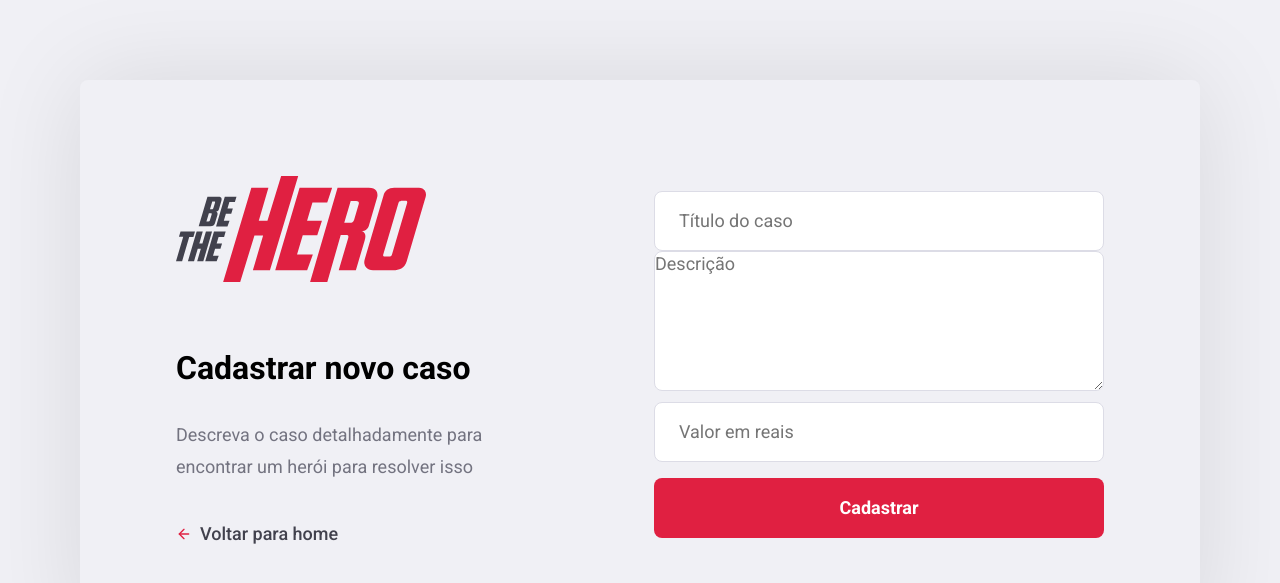
Repository: lucas-silva-dev/be-the-hero
Page: /incidents/new (app in frontend/)
An editor plug-in stored every save of this project. The page is shown before and after the next save, followed by the edit.
The browser window is 1280 px wide. The pictures show the whole page.
The project was rebuilt for these pictures with package versions that can differ from the ones it lists, and the page was loaded fresh each time. Also part of the build but not shown: frontend/src/pages/Logon/styles.css, frontend/src/pages/Logon/index.js, frontend/src/pages/Register/styles.css, frontend/src/pages/Register/index.js, frontend/src/pages/Profile/styles.css, frontend/src/pages/Profile/index.js.

Above is the page before, as saved 2020-03-26 00:02:24.

### frontend/public/index.html
<!DOCTYPE html>
<html lang="en">

<head>
  <meta charset="utf-8" />
  <!-- <link rel="icon" href="%PUBLIC_URL%/favicon.ico" /> -->
  <meta name="viewport" content="width=device-width, initial-scale=1" />
  <meta name="theme-color" content="#000000" />

  <title>Be The Hero</title>
</head>

<body>
  <noscript>You need to enable JavaScript to run this app.</noscript>
  <div id="root"></div>

</body>

</html>

### frontend/src/global.css
@import url("https://fonts.googleapis.com/css?family=Roboto:400,500,700&display=swap");

* {
  margin: 0;
  padding: 0;
  outline: 0;
  box-sizing: border-box;
}

body {
  font: 400 14px Roboto, sans-serif;
  background: #f0f0f5;
  -webkit-font-smothing: antialiased;
}

input,
button,
textarea {
  font: 400 18px Roboto, sans-serif;
}

button {
  cursor: pointer;
}

form input {
  width: 100%;
  height: 60px;
  color: #333;
  border: 1px solid #dcdce6;
  border-radius: 8px;
  padding: 0 24px;
}

form textarea {
  width: 100%;
  min-height: 140px;
  color: #333;
  border: 1px solid #dcdce6;
  border-radius: 8px;
  padding: 16 24px;
  line-height: 24px;
}

.button {
  width: 100%;
  height: 60px;
  background: #e02041;
  border: 0;
  border-radius: 8px;
  color: #fff;
  font-weight: 700;
  margin-top: 16px;
  display: inline-block;
  text-align: center;
  text-decoration: none;
  font-size: 18px;
  line-height: 60px;
  transition: filter 0.2s;
}

.button:hover {
  filter: brightness(80%);
}

.back-link {
  display: flex;
  align-items: center;
  margin-top: 40px;
  color: #41414d;
  font-size: 18px;
  text-decoration: none;
  font-weight: 500;
  transition: opacity 0.2s;
}

.back-link svg {
  margin-right: 8px;
}

.back-link:hover {
  opacity: 0.8;
}

### frontend/src/pages/NewIncident/index.js
import React from 'react';
import { Link } from 'react-router-dom';
import { FiArrowLeft } from 'react-icons/fi';

import './styles.css';

import logoImg from '../../assets/logo.svg'

export default function NewIncident() {
  return (
    <div className="new-incident-container">
      <div className="content">
        <section>
          <img src={logoImg} alt="Be The Hero Logo" />

          <h1>Cadastrar novo caso</h1>
          <p>Descreva o caso detalhadamente para encontrar um herói para resolver isso</p>

          <Link className="back-link" to="/">
            <FiArrowLeft size={16} color="#E02041" />
            Voltar para home
          </Link>

        </section>

        <form >
          <input placeholder="Título do caso" />
          <textarea type="email" placeholder="Descrição" />
          <input placeholder="Valor em reais" />

          <button className="button" type="submit" >Cadastrar</button>
        </form>
      </div>
    </div>
  );
}

### frontend/src/pages/NewIncident/styles.css
.new-incident-container {
  width: 100%;
  max-width: 1120px;
  height: 100vh;
  margin: 0 auto;

  display: flex;
  align-items: center;
  justify-content: center;
}

.new-incident-container .content {
  width: 100%;
  padding: 96px;
  background: #f0f0f5;
  box-shadow: 0 0 100px rgba(0, 0, 0, 0.1);
  border-radius: 8px;

  display: flex;
  justify-content: space-between;
  align-items: center;
}

.new-incident-container .content section {
  width: 100%;
  max-width: 380px;
}

.new-incident-container .content section h1 {
  margin: 64px 0 32px;
  font-size: 32px;
}

.new-incident-container .content section p {
  font-size: 18px;
  color: #737380;
  line-height: 32px;
}

.new-incident-container .content form {
  width: 100%;
  max-width: 450px;
}

.new-incident-container .content form input {
  margin-top: 8px;
}

Loaded but not shown: frontend/src/index.js (common file); frontend/src/App.js (common file); frontend/src/routes.js (common file)

After the next save:
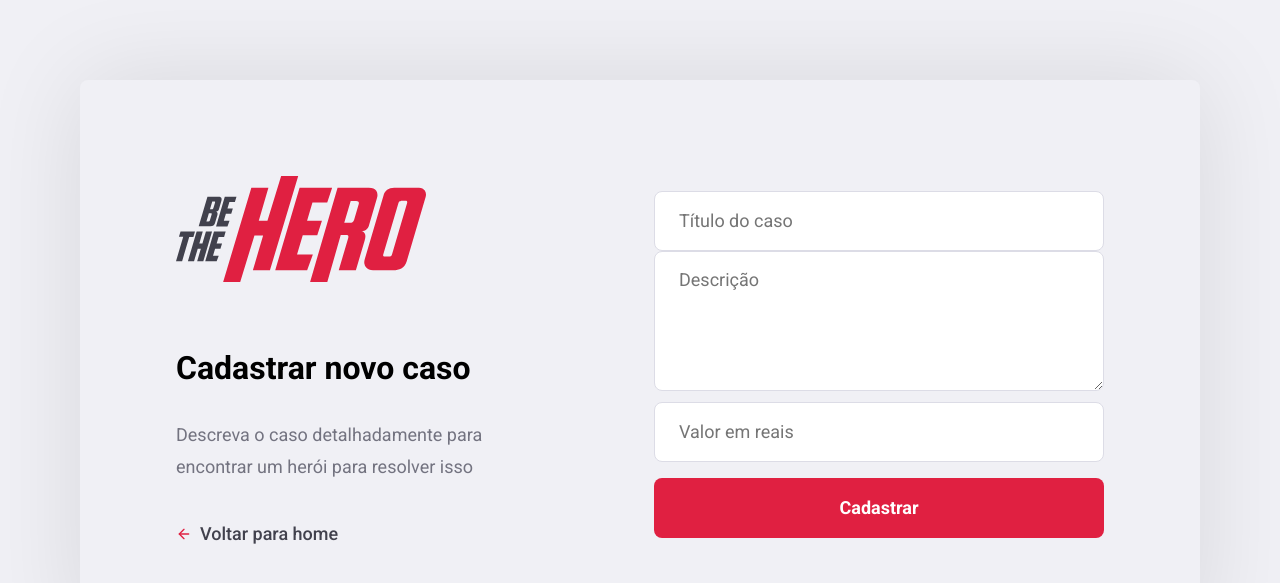
Saved 14 s later.
--- a/frontend/src/global.css
+++ b/frontend/src/global.css
@@ -38,7 +38,7 @@ form textarea {
   color: #333;
   border: 1px solid #dcdce6;
   border-radius: 8px;
-  padding: 16 24px;
+  padding: 16px 24px;
   line-height: 24px;
 }
 
